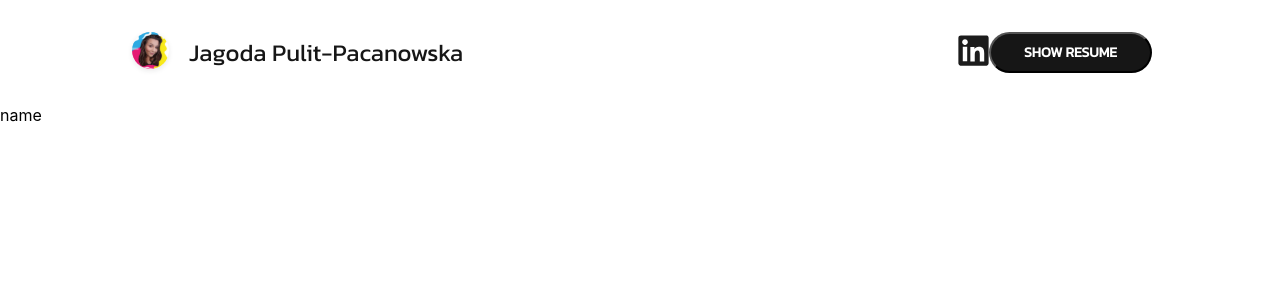
Repository: remigiuszpulit/ux-ui-portfolio
Page: /
An editor plug-in stored every save of this project. The page is shown before and after the next save, followed by the edit.
The browser window is 1280 px wide. The pictures show the whole page.
The project was rebuilt for these pictures with package versions that can differ from the ones it lists, and the page was loaded fresh each time.

Above is the page before, as saved 2022-09-22 20:14:06.

After the next save:
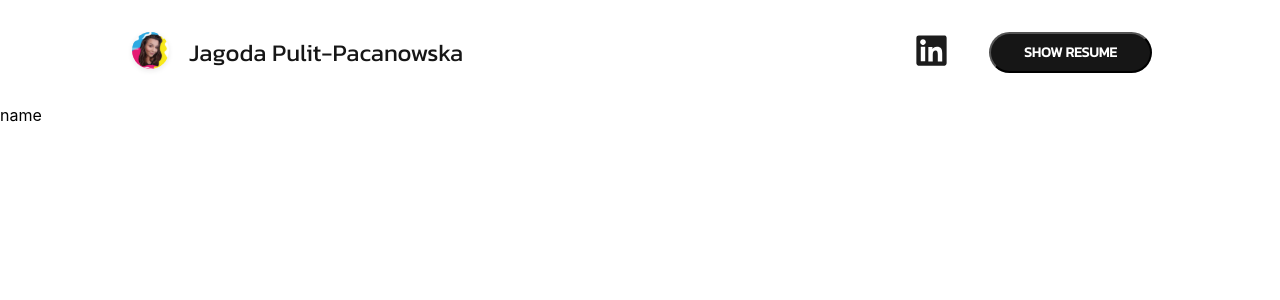
Saved 33 s later.
--- a/src/components/Navbar.js
+++ b/src/components/Navbar.js
@@ -67,6 +67,7 @@
 width: 163px;
 height: 41px;
 justify-content: center;
+margin-left: 42px;
 align-items: center;
 padding: 10px;
 background: #161616;
